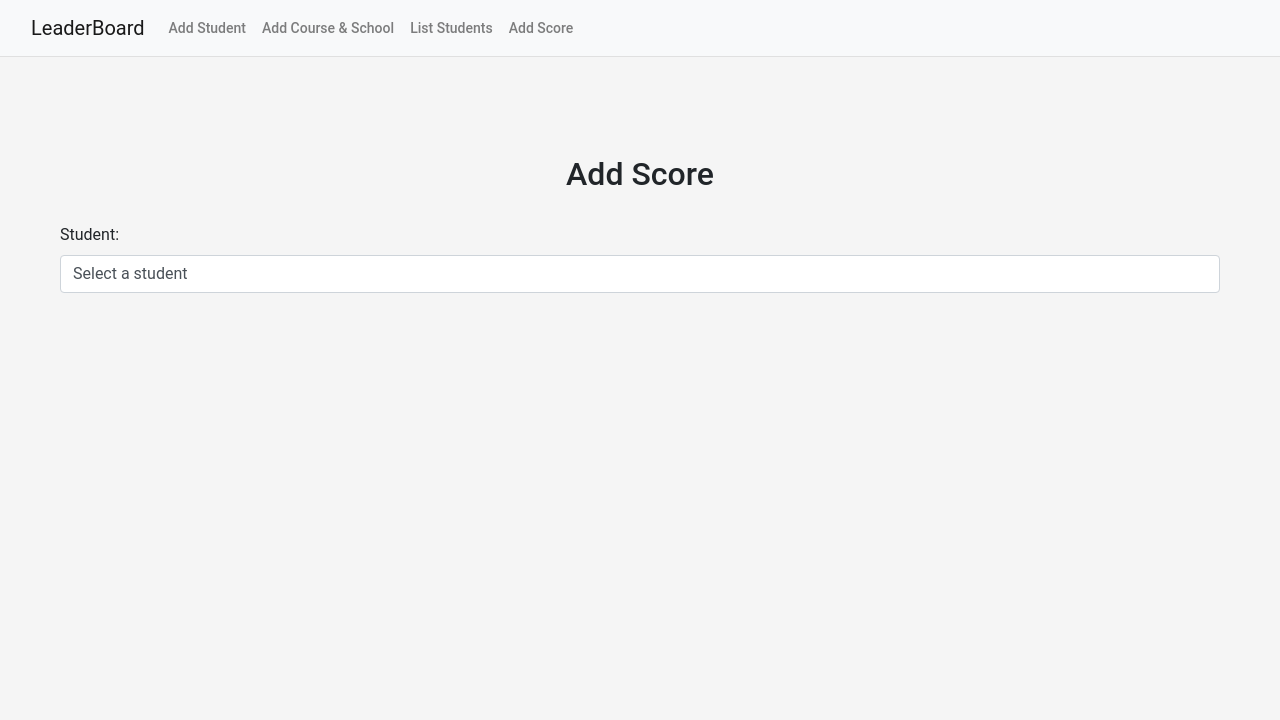
Repository: bigbodhiacademy/gBoard
Page: http://localhost/add_score.php
The author's editor kept a copy of each file at every save. The page is drawn from the files as they stood at one save, then again after the next save.
The browser window is 1280 px wide. The pictures show the whole page.
The page is run by PHP 8.4 with error messages shown; the project is at /var/www/html/. The database holds what the project's SQL file puts in it.

Above is the page before, as saved 2023-04-20 21:33:02.
Not found: scripts.js

### add_score.php
<?php require_once 'functions.php'; ?>
    <?php include 'header.php'; ?>
    <div class="container">
        <h2 class="text-center mt-5">Add Score</h2>
        <form action="functions.php" method="post">
            <input type="hidden" name="action" value="add_score">
            <div class="form-group">
                <label for="student_id">Student:</label>
                <select class="form-control" name="student_id" id="student_id" required>
                    <option value="">Select a student</option>
                    <?php
                    $students = getAllStudents();
                    while ($student = $students->fetch_assoc()) {
                        echo "<option value='{$student['id']}'>{$student['name']}</option>";
                    }
                    ?>
                </select>
            </div>
            <div class="form-group">
                <label for="date">Date:</label>
                <input type="date" class="form-control" name="date" id="date" required>
            </div>
            <?php
            for ($i = 1; $i <= 4; $i++) {
                echo '<div class="form-group">';
                echo "<label for='score{$i}'>Category {$i} Score:</label>";
                echo '<div class="stars">';
                for ($j = 5; $j >= 1; $j--) {
                    echo "<input type='radio' name='score{$i}' value='{$j}' id='score{$i}-{$j}'>";
                    echo "<label class='star' for='score{$i}-{$j}'></label>";
                }
                echo '</div>';
                echo '</div>';
            }
            ?>
            <div class="form-group">
                <input type="submit" class="btn btn-primary" value="Add Score">
                <input type="submit" class="btn btn-success" value="Update Score" style="display:none">
                <input type="submit" class="btn btn-danger" value="Delete Score" style="display:none">
            </div>
        </form>
    </div>
    <script>
        // Check if a score already exists and show the Update and Delete buttons accordingly
        document.getElementById('student_id').addEventListener('change', function() {
            // Use AJAX to check if a score exists for the selected student
            // If yes, show the Update and Delete buttons
            // If not, hide the Update and Delete buttons
        });
    </script>
    <?php include 'footer.php'; ?>

### functions.php
<?php
include 'db_connection.php';
if ($_SERVER['REQUEST_METHOD'] == 'POST') {
  if (isset($_POST['action'])) {
      $action = $_POST['action'];
      if ($action == 'add_student') {
          $name = $_POST['student_name'];
          $email = $_POST['email'];
          $course_id = $_POST['course_id'];
          $school_id = $_POST['school_id'];
          //print_r($name,$school_id);
          addStudent($name, $email, $course_id, $school_id);
          header('Location: add_student.php?message=Student+Added');
          exit();
      } elseif ($action == 'add_course') {
          $course_name = $_POST['course_name'];
          $course_description = $_POST['course_description'];
          addCourse($course_name, $course_description);
          header('Location: add_school_course.php?message=Course+Added');
          exit();
      }elseif ($action == 'add_school') {
        $school_name = $_POST['school_name'];
        $location = $_POST['location'];
        addSchool($school_name, $location);
        header('Location: add_school_course.php?message=School+Added');
        exit();
      }elseif ($action == 'edit_student') {
        $student_id = $_POST['student_id'];
        $name = $_POST['student_name'];
        $email = $_POST['email'];
        $course_id = $_POST['course_id'];
        $school_id = $_POST['school_id'];

        editStudent($student_id, $name, $email, $course_id, $school_id);

        header('Location: list_students.php');
        exit();
      }elseif($action == 'add_score'){
        $student_id = $_POST['student_id'];
            $date = $_POST['date'];
            $category1 = $_POST['category1'];
            $category2 = $_POST['category2'];
            $category3 = $_POST['category3'];
            $category4 = $_POST['category4'];
            addScore($student_id, $date, $category1, $category2, $category3, $category4);
            header('Location: add_score.php');
            exit();
      }
  }
}
if ($_SERVER['REQUEST_METHOD'] == 'GET') {
  if (isset($_GET['action'])) {
    $action = $_GET['action'];
    if($action == 'delete_student'){
      $student_id = $_GET['id'];
      print_r($student_id);
      deleteStudent($student_id);
      header('Location: list_students.php');
      exit();
    }
  }
}


function addSchool($school_name, $location) {
  $conn = getConnection();

  $stmt = $conn->prepare("INSERT INTO schools (name, location) VALUES (?, ?)");
  $stmt->bind_param("ss", $school_name, $location);

  $stmt->execute();

  $stmt->close();
  $conn->close();
}

function getSchools() {
  global $conn;
  $schools = array();

  $query = "SELECT * FROM schools";
  $result = mysqli_query($conn, $query);

  if (mysqli_num_rows($result) > 0) {
      while ($row = mysqli_fetch_assoc($result)) {
          $schools[] = $row;
      }
  }

  return $schools;
}

function getSchoolById($school_id) {
  global $conn;
  $sql = "SELECT * FROM schools WHERE id = ?";
  $stmt = $conn->prepare($sql);
  $stmt->bind_param("i", $school_id);
  $stmt->execute();
  $result = $stmt->get_result();
  return $result->fetch_assoc();
}



function addCourse($course_name, $course_description) {
  global $conn;
  $date_added = date('Y-m-d');
  $sql = "INSERT INTO courses (name, description, date_added) VALUES (?, ?, ?)";

  $stmt = $conn->prepare($sql);
  $stmt->bind_param("sss", $course_name, $course_description, $date_added);
  $stmt->execute();
  $stmt->close();
  $conn->close();
}
function getCourseById($course_id) {
  global $conn;
  $sql = "SELECT * FROM courses WHERE id = ?";
  $stmt = $conn->prepare($sql);
  $stmt->bind_param("i", $course_id);
  $stmt->execute();
  $result = $stmt->get_result();
  return $result->fetch_assoc();
}


function editStudent($student_id, $name, $email, $course_id, $school_id) {
  global $conn;
  $query = "UPDATE students SET name = ?, email = ?, course_id = ?, school_id = ? WHERE id = ?";
  $stmt = mysqli_prepare($conn, $query);
  mysqli_stmt_bind_param($stmt, 'ssiii', $name, $email, $course_id, $school_id, $student_id);
  mysqli_stmt_execute($stmt);
}

function getStudentsWithCourseName() {
  $students = array();
  global $conn;

  $sql = "SELECT students.id, students.name, students.email, courses.name as course_name
          FROM students
          INNER JOIN courses ON students.course_id = courses.id";

  $result = $conn->query($sql);

  if ($result->num_rows > 0) {
      while ($row = $result->fetch_assoc()) {
          $students[] = $row;
      }
  }
  $conn->close();

  return $students;
}

function getStudentById($student_id) {
  global $conn;
  $query = "SELECT * FROM students WHERE id = ?";
  $stmt = mysqli_prepare($conn, $query);
  mysqli_stmt_bind_param($stmt, 'i', $student_id);
  mysqli_stmt_execute($stmt);
  $result = mysqli_stmt_get_result($stmt);
  return mysqli_fetch_assoc($result);
}


function addStudent($name, $email, $course_id, $school_id) {
  global $conn;
  //echo "add student";
  //print_r($name,$course_id);
  $stmt = $conn->prepare("INSERT INTO students (name, email, course_id, school_id) VALUES (?, ?, ?, ?)");
  $stmt->bind_param("ssii", $name, $email, $course_id, $school_id);

  $stmt->execute();

  $stmt->close();
  $conn->close();
}


/*function editStudent($id, $name, $email, $course_id) {
  global $conn;

  $stmt = $conn->prepare("UPDATE students SET name = ?, email = ?, course_id = ? WHERE id = ?");
  $stmt->bind_param("ssii", $name, $email, $course_id, $id);

  return $stmt->execute();
}*/

function deleteStudent1($id) {
  global $conn;

  $stmt = $conn->prepare("DELETE FROM students WHERE id = ?");
  $stmt->bind_param("i", $id);

  $stmt->execute();
  $stmt->close();
  $conn->close();
}
function deleteStudent($student_id) {
  global $conn;
  $query = "DELETE FROM students WHERE id = ?";
  $stmt = mysqli_prepare($conn, $query);
  mysqli_stmt_bind_param($stmt, 'i', $student_id);
  mysqli_stmt_execute($stmt);
}

function getAllStudents() {
  global $conn;
  $sql = "SELECT students.*, courses.name as course_name, schools.name as school_name FROM students INNER JOIN courses ON students.course_id = courses.id INNER JOIN schools ON students.school_id = schools.id";
  $result = mysqli_query($conn, $sql);

  $students = array();
  if (mysqli_num_rows($result) > 0) {
      while ($row = mysqli_fetch_assoc($result)) {
          $students[] = $row;
      }
  }

  return $students;
}

function getStudents() {
  global $conn;

  $result = $conn->query("SELECT * FROM students");
  echo $result->fetch_all(MYSQLI_ASSOC);
  return $result->fetch_all(MYSQLI_ASSOC);
}

function getCourses() {
  global $conn;

  $result = $conn->query("SELECT * FROM courses");
  return $result->fetch_all(MYSQLI_ASSOC);
}

function addScore($student_id, $date, $category1, $category2, $category3, $category4) {
  global $conn;
  $query = "INSERT INTO scores (student_id, date, category1, category2, category3, category4) VALUES (?, ?, ?, ?, ?, ?)";
  $stmt = mysqli_prepare($conn, $query);
  mysqli_stmt_bind_param($stmt, 'isiiii', $student_id, $date, $category1, $category2, $category3, $category4);
  mysqli_stmt_execute($stmt);
}


?>

### db_connection.php
<?php
$servername = "localhost"; // Replace with your MySQL server address if it's not "localhost"
$username = "root"; // Replace with your MySQL username
$password = ""; // Replace with your MySQL password
$dbname = "leaderboard4";

// Create connection
$conn = new mysqli($servername, $username, $password, $dbname);

// Check connection
if ($conn->connect_error) {
  die("Connection failed: " . $conn->connect_error);
}
?>

### header.php
<!DOCTYPE html>
<html lang="en">

<head>
    <meta charset="UTF-8">
    <meta name="viewport" content="width=device-width, initial-scale=1.0">
    <title>LeaderBoard</title>
    <link href="https://cdn.jsdelivr.net/npm/bootstrap@5.1.3/dist/css/bootstrap.min.css" rel="stylesheet">
    <link rel="stylesheet" href="https://maxcdn.bootstrapcdn.com/bootstrap/4.5.2/css/bootstrap.min.css">
    <script src="https://ajax.googleapis.com/ajax/libs/jquery/3.5.1/jquery.min.js"></script>
    <script src="https://cdnjs.cloudflare.com/ajax/libs/popper.js/1.16.0/umd/popper.min.js"></script>
    <script src="https://maxcdn.bootstrapcdn.com/bootstrap/4.5.2/js/bootstrap.min.js"></script>
    <link href="https://maxcdn.bootstrapcdn.com/font-awesome/4.7.0/css/font-awesome.min.css" rel="stylesheet" />

    <link rel="stylesheet" href="styles.css">
    <script src="scripts.js"></script>
</head>

<body>
    <nav class="navbar navbar-expand-lg navbar-light bg-light">
        <div class="container-fluid">
            <a class="navbar-brand" href="index.php">LeaderBoard</a>
            <button class="navbar-toggler" type="button" data-bs-toggle="collapse" data-bs-target="#navbarNav" aria-controls="navbarNav" aria-expanded="false" aria-label="Toggle navigation">
                <span class="navbar-toggler-icon"></span>
            </button>
            <div class="collapse navbar-collapse" id="navbarNav">
                <ul class="navbar-nav">
                    <li class="nav-item">
                        <a class="nav-link" href="add_student.php">Add Student</a>
                    </li>
                    <li class="nav-item">
                        <a class="nav-link" href="add_school_course.php">Add Course & School</a>
                    </li>
                    <li class="nav-item">
                        <a class="nav-link" href="list_students.php">List Students</a>
                    </li>
                    <li class="nav-item">
                        <a class="nav-link" href="add_score.php">Add Score</a>
                    </li>
                </ul>
            </div>
        </div>
    </nav>

### styles.css
body {
    font-family: 'Roboto', sans-serif;
    background-color: #f5f5f5;
}

.container {
    max-width: 1200px;
    margin: 0 auto;
    padding: 50px 20px;
}

h2 {
    font-weight: 500;
    margin-bottom: 30px;
}

.btn {
    border-radius: 5px;
}

.navbar {
    border-bottom: 1px solid #e0e0e0;
}

.nav-link {
    font-size: 14px;
    font-weight: 500;
}

.form-group {
    margin-bottom: 20px;
}

.table {
    background-color: #fff;
    border-radius: 5px;
}

.table thead {
    background-color: #f5f5f5;
}
.stars {
    font-size: 24px;
    color: gray;
    display: inline-block;
    position: relative;
    padding: 0;
    cursor: pointer;
}

.stars:before {
    content: '\f006 \f006 \f006 \f006 \f006';
    font-family: FontAwesome;
}

.stars>input {
    display: none;
}

.stars:hover:before,
.stars:hover ~ .stars:before,
.stars input:checked ~ .stars:before {
    color: gold;
    text-shadow: 0 0 5px rgba(255, 215, 0, 0.8);
}

### leaderboard4.sql (the tables this page reads)
CREATE TABLE `courses` (
  `id` int(11) NOT NULL,
  `name` varchar(255) NOT NULL,
  `description` text NOT NULL,
  `date_added` date NOT NULL
) ENGINE=InnoDB DEFAULT CHARSET=utf8mb4;

INSERT INTO `courses` (`id`, `name`, `description`, `date_added`) VALUES
(1, 'Python 1', 'Core Python ', '2023-04-20'),
(2, 'IoT', 'Internet', '2023-04-20'),
(3, 'IoT 2', 'Internet', '2023-04-20');

ALTER TABLE `courses`
  ADD PRIMARY KEY (`id`);

ALTER TABLE `courses`
  MODIFY `id` int(11) NOT NULL AUTO_INCREMENT, AUTO_INCREMENT=4;

CREATE TABLE `schools` (
  `id` int(11) NOT NULL,
  `name` varchar(255) NOT NULL,
  `location` varchar(255) NOT NULL
) ENGINE=InnoDB DEFAULT CHARSET=utf8mb4;

INSERT INTO `schools` (`id`, `name`, `location`) VALUES
(1, 'Bigbodhi', 'Nehru'),
(2, 'Palli', 'Cbe');

ALTER TABLE `schools`
  ADD PRIMARY KEY (`id`);

ALTER TABLE `schools`
  MODIFY `id` int(11) NOT NULL AUTO_INCREMENT, AUTO_INCREMENT=3;

CREATE TABLE `students` (
  `id` int(11) NOT NULL,
  `name` varchar(255) NOT NULL,
  `email` varchar(255) NOT NULL,
  `course_id` int(11) NOT NULL,
  `school_id` int(11) NOT NULL
) ENGINE=InnoDB DEFAULT CHARSET=utf8mb4;

INSERT INTO `students` (`id`, `name`, `email`, `course_id`, `school_id`) VALUES
(19, 'dinesh', 'eng@gm', 1, 2),
(23, 'Guru', 'DFI@jf', 2, 1),
(24, 'ram', 'sde@gsh', 1, 1),
(25, 'john', 'hhui@ggjlk', 1, 1);

ALTER TABLE `students`
  ADD PRIMARY KEY (`id`),
  ADD KEY `course_id` (`course_id`),
  ADD KEY `school_id` (`school_id`);

ALTER TABLE `students`
  MODIFY `id` int(11) NOT NULL AUTO_INCREMENT, AUTO_INCREMENT=26;

ALTER TABLE `students`
  ADD CONSTRAINT `students_ibfk_1` FOREIGN KEY (`course_id`) REFERENCES `courses` (`id`),
  ADD CONSTRAINT `students_ibfk_2` FOREIGN KEY (`school_id`) REFERENCES `schools` (`id`);

### footer.php
<script src="https://code.jquery.com/jquery-3.6.0.min.js"></script>
    <script src="https://cdn.jsdelivr.net/npm/@popperjs/core@2.11.6/dist/umd/popper.min.js"></script>
    <script src="https://cdn.jsdelivr.net/npm/bootstrap@5.1.3/dist/js/bootstrap.min.js"></script>
    <script src="scripts.js"></script>
</body>

</html>

After the next save:
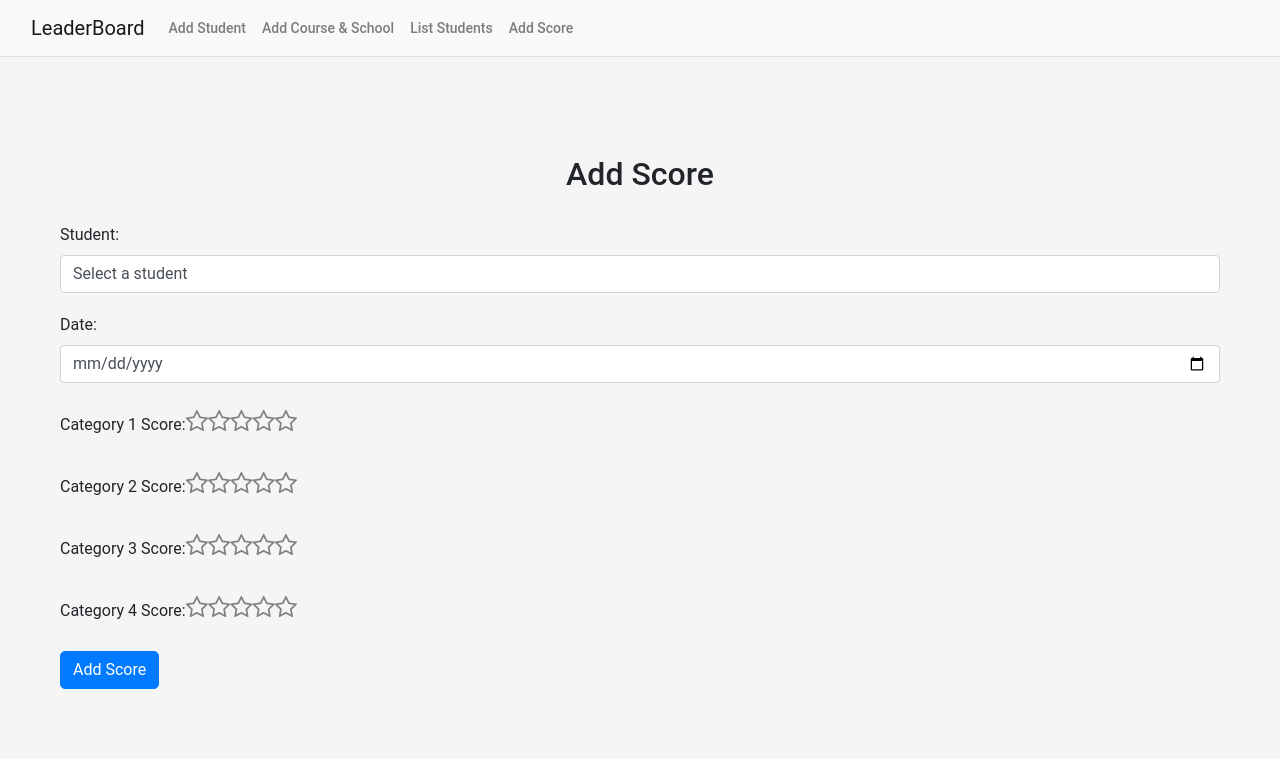
Saved 2 min 58 s later.
--- a/functions.php
+++ b/functions.php
@@ -204,7 +204,7 @@ function deleteStudent($student_id) {
   mysqli_stmt_execute($stmt);
 }
 
-function getAllStudents() {
+function getAllStudents1() {
   global $conn;
   $sql = "SELECT students.*, courses.name as course_name, schools.name as school_name FROM students INNER JOIN courses ON students.course_id = courses.id INNER JOIN schools ON students.school_id = schools.id";
   $result = mysqli_query($conn, $sql);
@@ -219,6 +219,14 @@ function getAllStudents() {
   return $students;
 }
 
+function getAllStudents() {
+  global $conn;
+  $sql = "SELECT * FROM students";
+  $result = $conn->query($sql);
+  return $result;
+}
+
+
 function getStudents() {
   global $conn;
 
